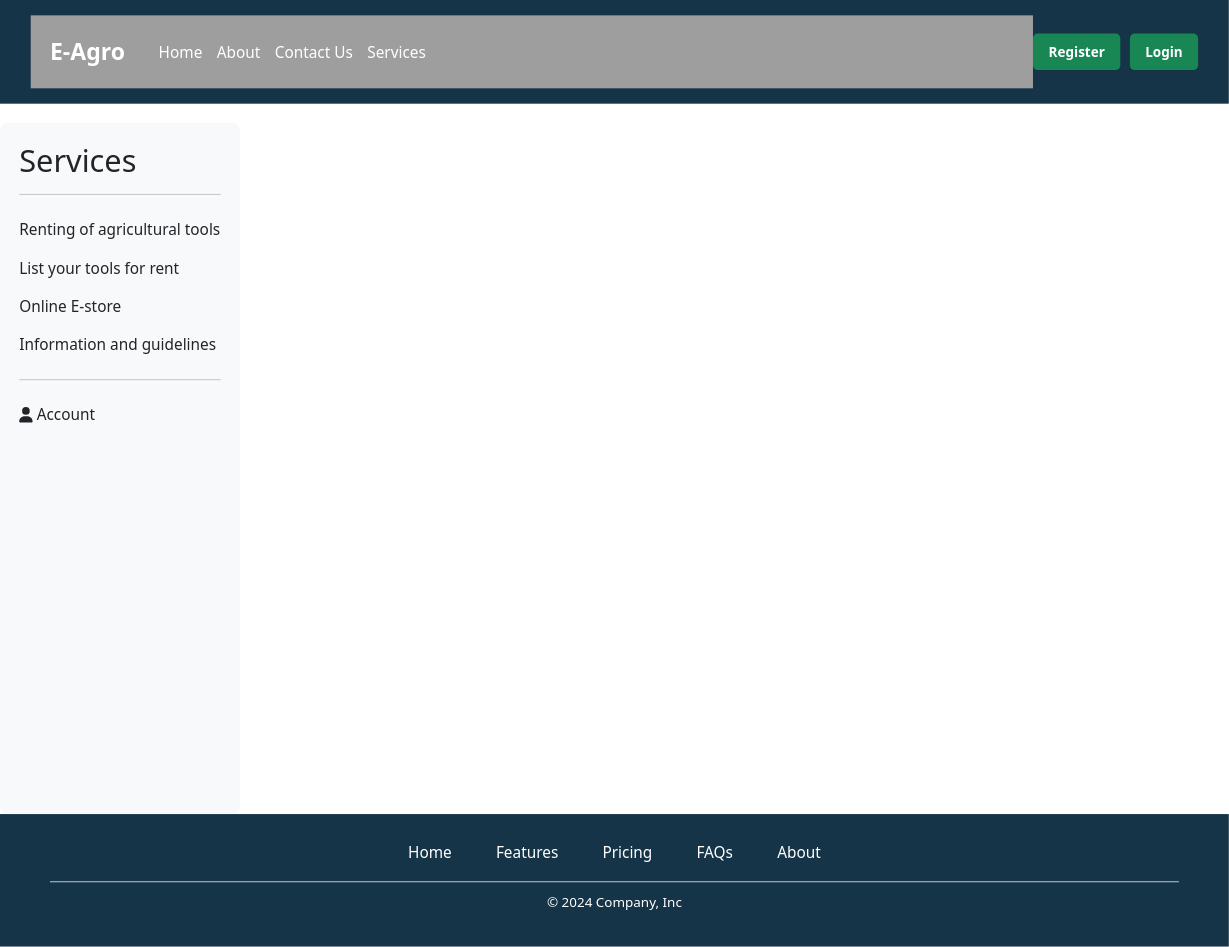
Repository: soniyakhichi11/E-Agro
Page: /Rental (app in frontend/)
These files come from the project's save history. The page is drawn as it stood at one moment and after the next save; the edit follows.
The browser window is 1280 px wide. The pictures show the whole page, at 96% of full size.
Pictures or frames that could not be fetched are drawn as grey boxes. The page's requests for data from a server got no answer. The project was rebuilt for these pictures with package versions that can differ from the ones it lists, and the page was loaded fresh each time. No one was signed in, and anything a server would have sent is missing. Also part of the build but not shown: frontend/vite.config.js, frontend/src/components/Register.jsx, frontend/src/components/FormRental.jsx, frontend/src/components/BookingPage.jsx, frontend/src/components/Home.jsx, frontend/src/components/About.jsx, frontend/src/components/Contact.jsx, frontend/src/components/Login.jsx.

Above is the page before, as saved 2025-04-05 19:41:28.

After the next save:
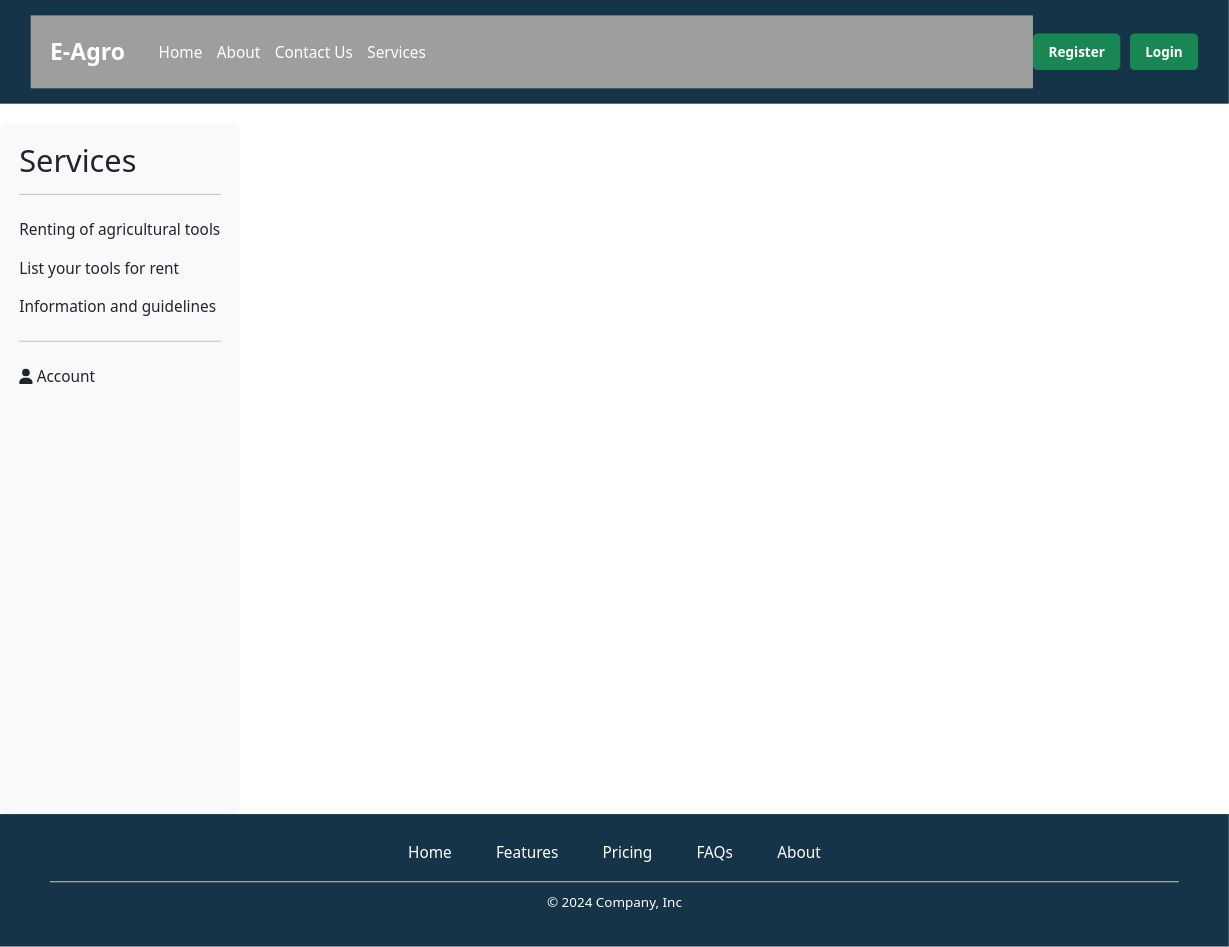
Saved 2 min 14 s later.
--- a/frontend/src/components/Rental.jsx
+++ b/frontend/src/components/Rental.jsx
@@ -64,7 +64,7 @@ export const Rental = () => {
         <ul>
             <li>Renting of agricultural tools</li>
             <li>List your tools for rent</li>
-            <li>Online E-store</li>
+
             <li>Information and guidelines</li>
             <hr></hr>
             <li ><FontAwesomeIcon icon={faUser} />  Account</li>
